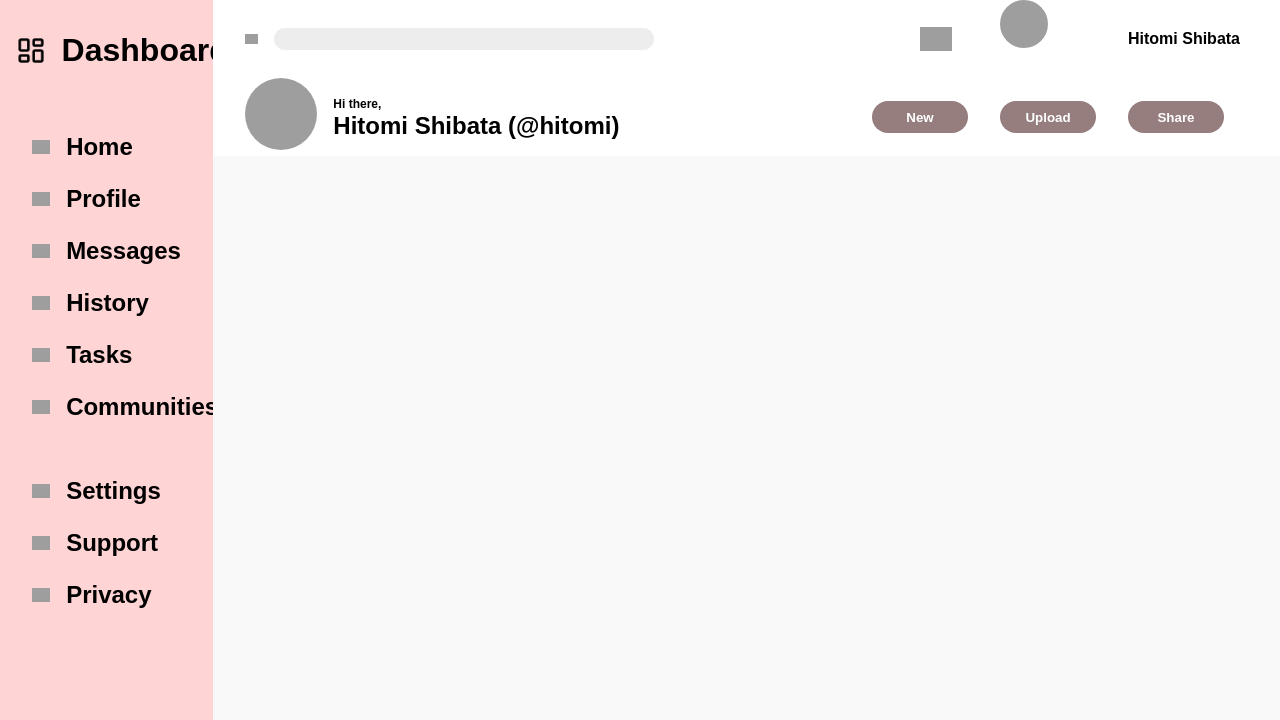
Repository: yeetzpxoci/dashboard
Page: index.html
The author's editor kept a copy of each file at every save. The page is drawn from the files as they stood at one save, then again after the next save.
The browser window is 1280 px wide. The pictures show the whole page.
Pictures or frames that could not be fetched are drawn as grey boxes.

Above is the page before, as saved 2023-02-18 13:47:28.

After the next save:
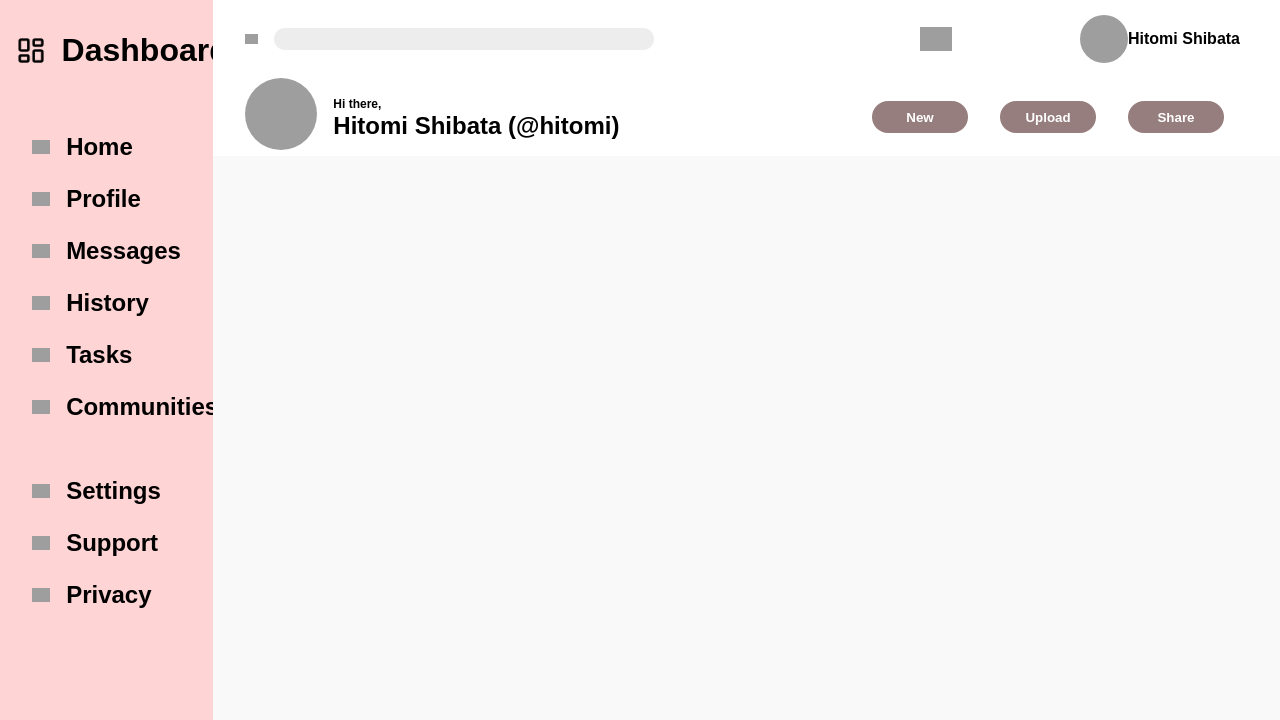
Saved 14 s later.
--- a/styles.css
+++ b/styles.css
@@ -108,6 +108,8 @@ body {
 .header > .profile-pic {
     width: 48px;
     height: 48px;
+    align-self: center;
+    justify-self: end;
 }
 
 .user-info {
